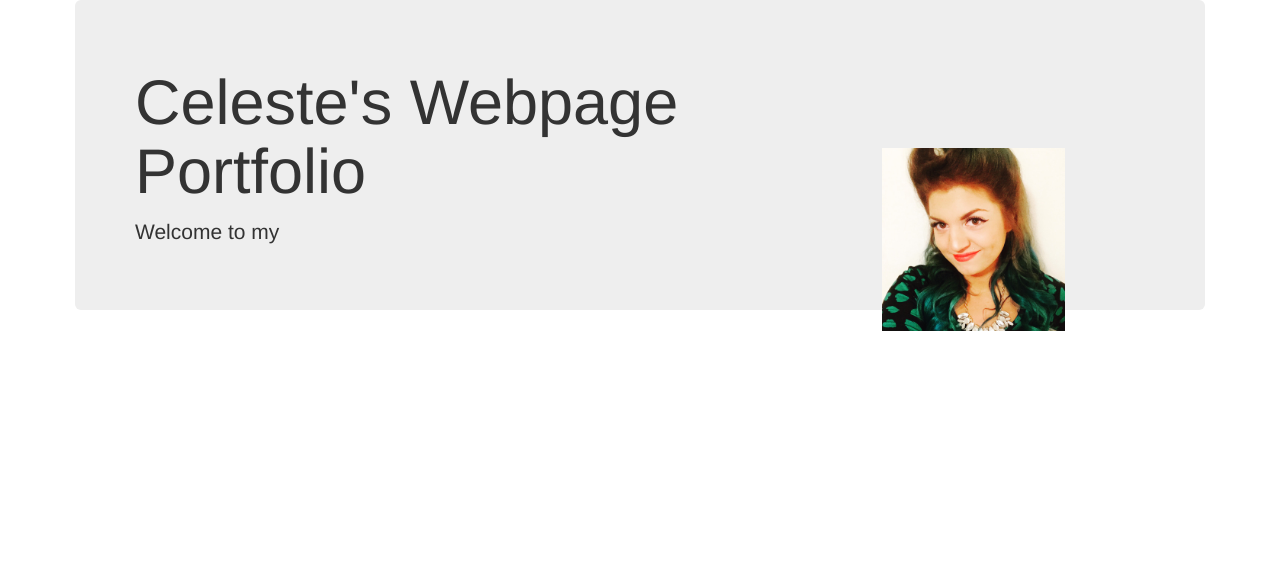
Repository: fieldceleste/portfolio-celeste
Page: portfolio-celeste.html
The author's editor kept a copy of each file at every save. The page is drawn from the files as they stood at one save, then again after the next save.
The browser window is 1280 px wide. The pictures show the whole page.

Above is the page before, as saved 2019-11-01 12:13:35.

### portfolio-celeste.html
<!DOCTYPE html>
<html>
  <head>
    <title>Celeste Field's Portfolio</title>
  <link href="css/bootstrap.css" rel="stylesheet" type="text/css">
  <link href="css/styles.css" rel="stylesheet" type="text/css">

 <body>
    <div class="container">
      <div class="jumbotron">
        <h1><img src="img/celeste.jpeg" class="img" alt="photo of celeste field"> Celeste's Webpage Portfolio </h1>
        <p>Welcome to my  </p>


  </body>
</html>

### css/styles.css
img{
float:right;
width: 30%;
height:50%;
padding: 60px;
margin: 20px;
}

Loaded but not shown: css/bootstrap.css (library)

After the next save:
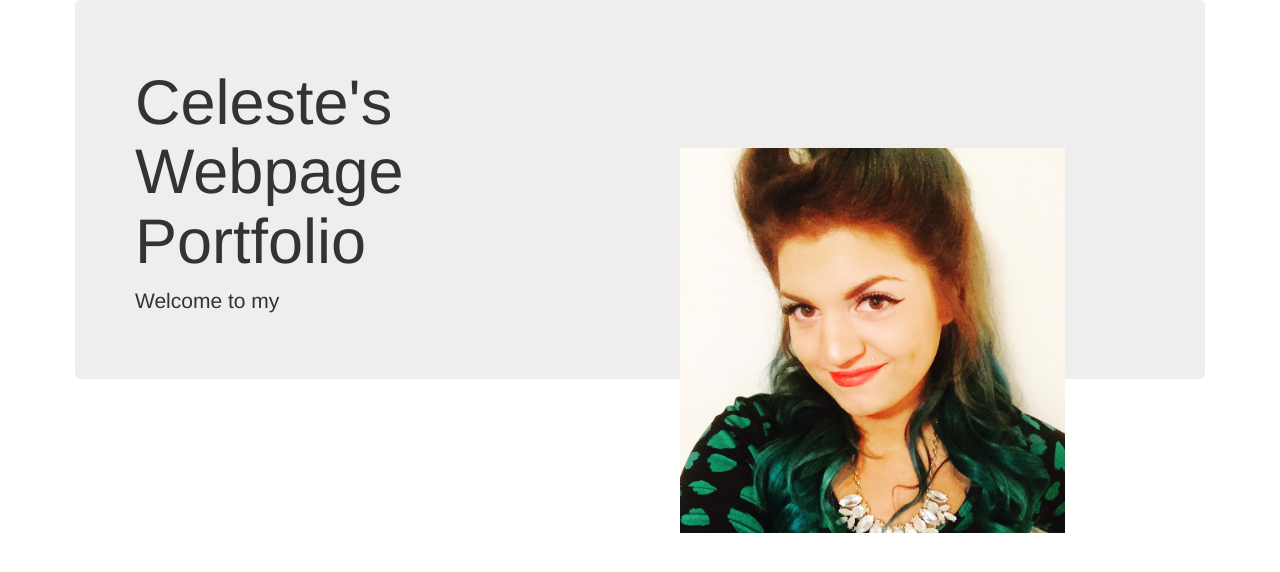
Saved 14 s later.
--- a/css/styles.css
+++ b/css/styles.css
@@ -1,7 +1,7 @@
 img{
 float:right;
-width: 30%;
-height:50%;
+width: 50%;
+height:60%;
 padding: 60px;
 margin: 20px;
 }
